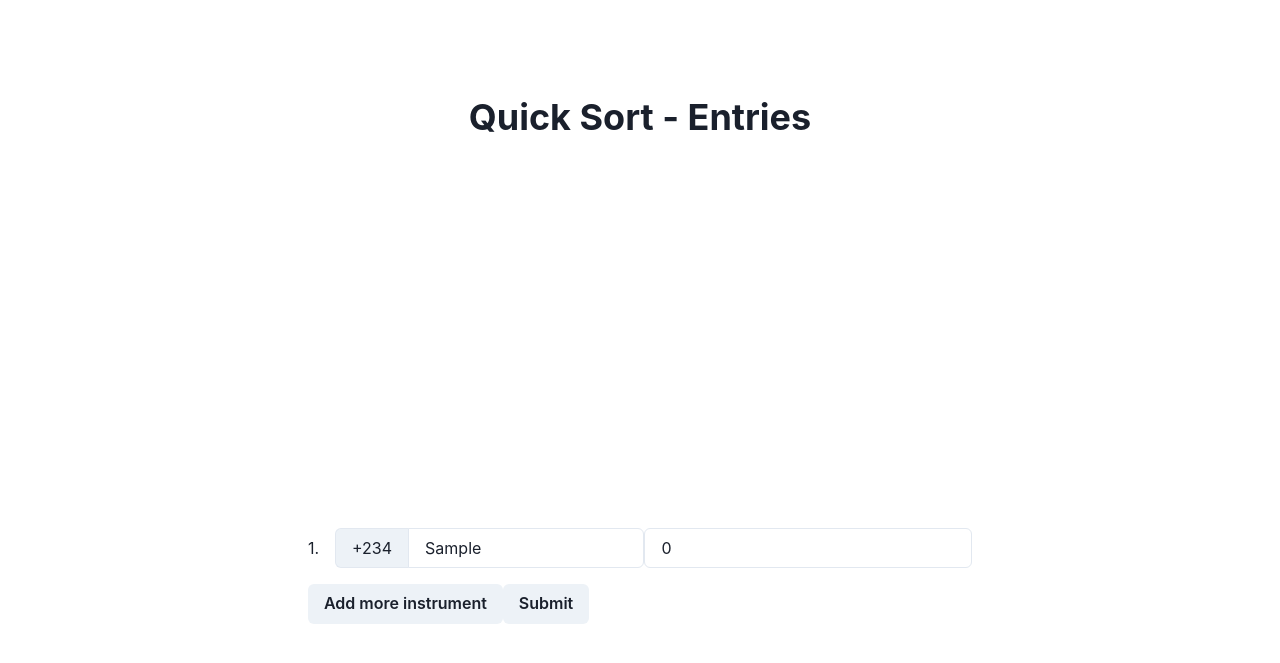
Repository: rohit-jindal18/stock-trailer
Page: /home
The author's editor kept a copy of each file at every save. The page is drawn from the files as they stood at one save, then again after the next save.
The browser window is 1280 px wide. The pictures show the whole page.
The project was rebuilt for these pictures with package versions that can differ from the ones it lists, and the page was loaded fresh each time. The framework's server and built-in components were replaced by stand-ins that run in the browser. Also part of the build but not shown: next.config.js.

Above is the page before, as saved 2023-03-14 15:03:24.

### src/pages/_app.tsx
import '@stock-trailer/styles/globals.css'
import { ChakraProvider } from '@chakra-ui/react'
import type { AppProps } from 'next/app'

export default function App({ Component, pageProps }: AppProps) {
  return (
    <ChakraProvider>
      <Component {...pageProps} />
    </ChakraProvider>
  )
}

### src/pages/home.tsx
import { Box, Button, Heading, Input, InputGroup, InputLeftAddon, Text } from '@chakra-ui/react'
import styles from '@stock-trailer/styles/Home.module.css'
import { IInstrumentInfo } from '@stock-trailer/types'
import { Inter } from 'next/font/google'
import Head from 'next/head'
import { useState } from 'react'

const inter = Inter({ subsets: ['latin'] })

export default function Authorize() {
  const [instruments, setInstruments] = useState<IInstrumentInfo[]>([{
    id: 'Sample',
    qty: 0
  }]);
  return (
    <>
      <Head>
        <title>Stock - Trailer</title>
        <meta name="description" content="Generated by create next app" />
        <meta name="viewport" content="width=device-width, initial-scale=1" />
        <link rel="icon" href="/favicon.ico" />
      </Head>
      <main className={styles.main}>
        <div className={styles.description}>
          <Heading>Quick Sort - Entries</Heading>
        </div>
        <Box>
          {
            instruments.map((instrument, index) => {
              return (
                <Box display={'flex'} alignItems='center' key={`qs-${index}`} >
                  <Text mr={'16px'}>{index + 1}.</Text>
                  <InputGroup>
                    <InputLeftAddon children='+234' />
                    <Input placeholder='Enter' title='Instrument Id' display={'Instrument Id'} value={instrument.id} onChange={(event) => {
                      const newInstruments = [
                        ...instruments
                      ]
                      newInstruments[index].id = event.target.value
                      setInstruments(newInstruments);
                    }} />
                  </InputGroup>

                  <Input placeholder='Enter' value={instrument.qty} onChange={(event) => {
                    const newInstruments = [
                      ...instruments
                    ]
                    newInstruments[index].qty = +event.target.value
                    setInstruments(newInstruments);
                  }} />
                </Box>
              );
            })
          }
          <Box>
            <Button variant={'solid'} mt={'16px'}>Add more instrument</Button>
            <Button variant={'solid'} mt={'16px'}>Submit</Button>
          </Box>
        </Box>
      </main>
    </>
  )
}

### src/styles/Home.module.css
.main {
  display: flex;
  flex-direction: column;
  justify-content: space-between;
  align-items: center;
  padding: 6rem;
  min-height: 100vh;
}

.description {
  display: flex;
  justify-content: center;
  align-items: center;
  height: 100%;
  font-size: 0.85rem;
  max-width: var(--max-width);
  width: 100%;
  z-index: 2;
  font-family: var(--font-mono);
}

.description a {
  display: flex;
  justify-content: center;
  align-items: center;
  gap: 0.5rem;
}

.description p {
  position: relative;
  margin: 0;
  padding: 1rem;
  background-color: rgba(var(--callout-rgb), 0.5);
  border: 1px solid rgba(var(--callout-border-rgb), 0.3);
  border-radius: var(--border-radius);
}

.code {
  font-weight: 700;
  font-family: var(--font-mono);
}

.grid {
  display: grid;
  grid-template-columns: repeat(4, minmax(25%, auto));
  width: var(--max-width);
  max-width: 100%;
}

.card {
  padding: 1rem 1.2rem;
  border-radius: var(--border-radius);
  background: rgba(var(--card-rgb), 0);
  border: 1px solid rgba(var(--card-border-rgb), 0);
  transition: background 200ms, border 200ms;
}

.card span {
  display: inline-block;
  transition: transform 200ms;
}

.card h2 {
  font-weight: 600;
  margin-bottom: 0.7rem;
}

.card p {
  margin: 0;
  opacity: 0.6;
  font-size: 0.9rem;
  line-height: 1.5;
  max-width: 30ch;
}

.center {
  display: flex;
  justify-content: center;
  align-items: center;
  position: relative;
  padding: 4rem 0;
}

.center::before {
  background: var(--secondary-glow);
  border-radius: 50%;
  width: 480px;
  height: 360px;
  margin-left: -400px;
}

.center::after {
  background: var(--primary-glow);
  width: 240px;
  height: 180px;
  z-index: -1;
}

.center::before,
.center::after {
  content: '';
  left: 50%;
  position: absolute;
  filter: blur(45px);
  transform: translateZ(0);
}

.logo,
.thirteen {
  position: relative;
}

.thirteen {
  display: flex;
  justify-content: center;
  align-items: center;
  width: 75px;
  height: 75px;
  padding: 25px 10px;
  margin-left: 16px;
  transform: translateZ(0);
  border-radius: var(--border-radius);
  overflow: hidden;
  box-shadow: 0px 2px 8px -1px #0000001a;
}

.thirteen::before,
.thirteen::after {
  content: '';
  position: absolute;
  z-index: -1;
}

/* Conic Gradient Animation */
.thirteen::before {
  animation: 6s rotate linear infinite;
  width: 200%;
  height: 200%;
  background: var(--tile-border);
}

/* Inner Square */
.thirteen::after {
  inset: 0;
  padding: 1px;
  border-radius: var(--border-radius);
  background: linear-gradient(
    to bottom right,
    rgba(var(--tile-start-rgb), 1),
    rgba(var(--tile-end-rgb), 1)
  );
  background-clip: content-box;
}

/* Enable hover only on non-touch devices */
@media (hover: hover) and (pointer: fine) {
  .card:hover {
    background: rgba(var(--card-rgb), 0.1);
    border: 1px solid rgba(var(--card-border-rgb), 0.15);
  }

  .card:hover span {
    transform: translateX(4px);
  }
}

@media (prefers-reduced-motion) {
  .thirteen::before {
    animation: none;
  }

  .card:hover span {
    transform: none;
  }
}

/* Mobile */
@media (max-width: 700px) {
  .content {
    padding: 4rem;
  }

  .grid {
    grid-template-columns: 1fr;
    margin-bottom: 120px;
    max-width: 320px;
    text-align: center;
  }

  .card {
    padding: 1rem 2.5rem;
  }

  .card h2 {
    margin-bottom: 0.5rem;
  }

  .center {
    padding: 8rem 0 6rem;
  }

  .center::before {
    transform: none;
    height: 300px;
  }

  .description {
    font-size: 0.8rem;
  }

  .description a {
    padding: 1rem;
  }

  .description p,
  .description div {
    display: flex;
    justify-content: center;
    position: fixed;
    width: 100%;
  }

  .description p {
    align-items: center;
    inset: 0 0 auto;
    padding: 2rem 1rem 1.4rem;
    border-radius: 0;
    border: none;
    border-bottom: 1px solid rgba(var(--callout-border-rgb), 0.25);
    background: linear-gradient(
      to bottom,
      rgba(var(--background-start-rgb), 1),
      rgba(var(--callout-rgb), 0.5)
    );
    background-clip: padding-box;
    backdrop-filter: blur(24px);
  }

  .description div {
    align-items: flex-end;
    pointer-events: none;
    inset: auto 0 0;
    padding: 2rem;
    height: 200px;
    background: linear-gradient(
      to bottom,
      transparent 0%,
      rgb(var(--background-end-rgb)) 40%
    );
    z-index: 1;
  }
}

/* Tablet and Smaller Desktop */
@media (min-width: 701px) and (max-width: 1120px) {
  .grid {
    grid-template-columns: repeat(2, 50%);
  }
}

@media (prefers-color-scheme: dark) {
  .vercelLogo {
    filter: invert(1);
  }

  .logo,
  .thirteen img {
    filter: invert(1) drop-shadow(0 0 0.3rem #ffffff70);
  }
}

@keyframes rotate {
  from {
    transform: rotate(360deg);
  }
  to {
    transform: rotate(0deg);
  }
}

Loaded but not shown: src/pages/_document.tsx (common file); src/styles/globals.css (common file)

After the next save:
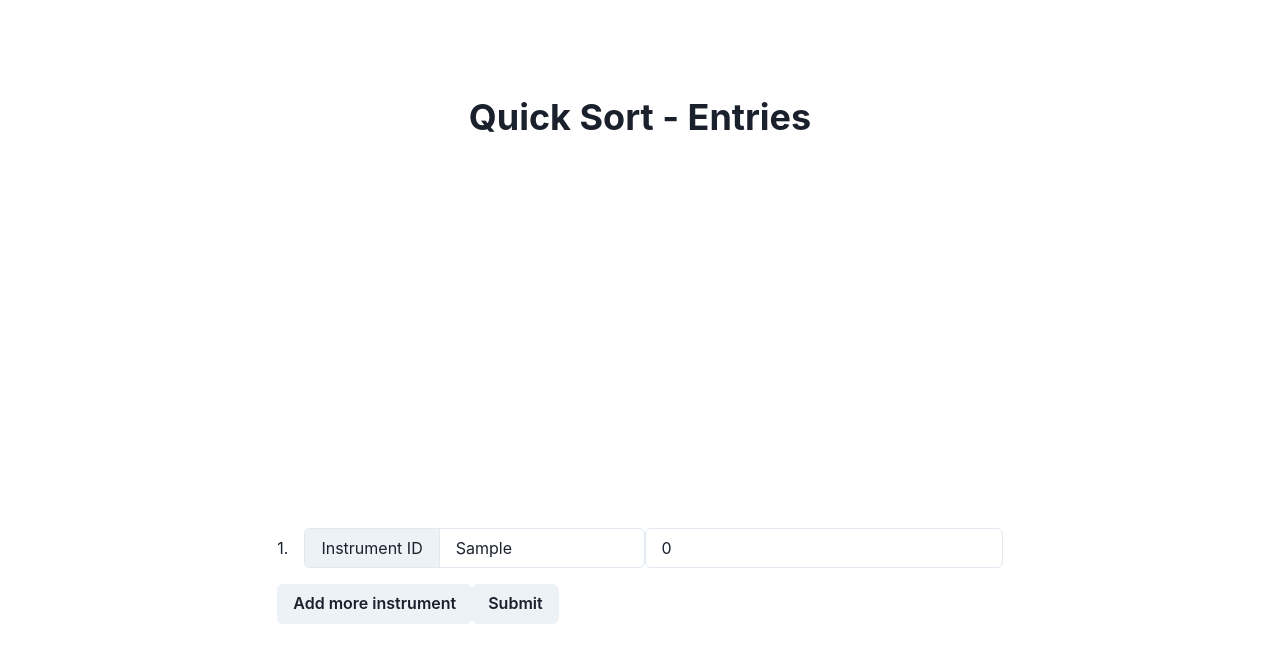
Saved 10 s later.
--- a/src/pages/home.tsx
+++ b/src/pages/home.tsx
@@ -31,7 +31,7 @@ export default function Authorize() {
                 <Box display={'flex'} alignItems='center' key={`qs-${index}`} >
                   <Text mr={'16px'}>{index + 1}.</Text>
                   <InputGroup>
-                    <InputLeftAddon children='+234' />
+                    <InputLeftAddon children='Instrument ID' />
                     <Input placeholder='Enter' title='Instrument Id' display={'Instrument Id'} value={instrument.id} onChange={(event) => {
                       const newInstruments = [
                         ...instruments
